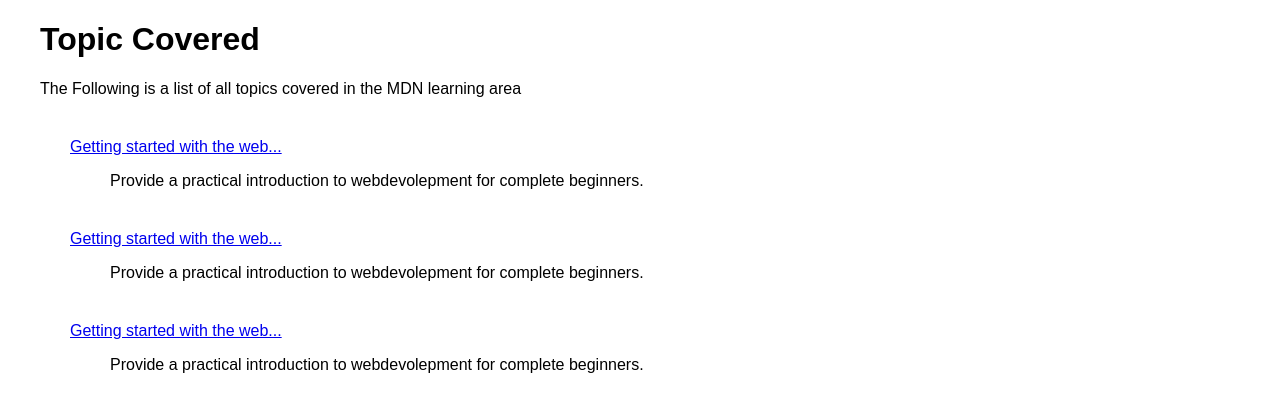
Repository: sriram1224/ReactProjects.github.io
Page: Assignments/Assignment1/index.html
These files come from the project's save history. The page is drawn as it stood at one moment and after the next save; the edit follows.
The browser window is 1280 px wide. The pictures show the whole page.

Above is the page before, as saved 2024-03-01 10:08:44.

### Assignments/Assignment1/index.html
<!DOCTYPE html>
<html>
<head>
  <script src="https://unpkg.com/react@18/umd/react.development.js"></script>
  <script src="https://unpkg.com/react-dom@18/umd/react-dom.development.js"></script>
  <style>
    body{
      margin-left: 40px;
      font-family: Arial, sans-serif;

    }
    #para{
      margin-bottom: 40px;
      list-style: none;
    }
    #div{
      margin-left: 30px;
    }

  </style>
</head>

<body>

  <div id="root"></div>

  <script>

    const TopicHeader = () =>
    React.createElement(
      'div',
      null,
      [
      React.createElement(
        'h1',
        {id: 'title'},
        'Topic Covered'
      ),
      React.createElement(
      'p',
      {id: 'para'},
      'The Following is a list of all topics covered in the MDN learning area'),

      ]);

    const TopicDescription = () => React.createElement(
      'div',
      null,
      [
      React.createElement('div', {id: 'div'},[
      React.createElement('a', {href: 'http://example.com'}, 'Getting started with the web...'),
      React.createElement('ul', {}, [
        React.createElement('li', {id: 'para'}, 'Provide a practical introduction to webdevolepment for complete beginners.'),

      ]),
      React.createElement('a', {href: 'http://example.com'}, 'Getting started with the web...'),
      React.createElement('ul', {}, [
        React.createElement('li', {id: 'para'}, 'Provide a practical introduction to webdevolepment for complete beginners.'),

      ]),
      React.createElement('a', {href: 'http://example.com'}, 'Getting started with the web...'),
      React.createElement('ul', {}, [
        React.createElement('li', {id: 'para'}, 'Provide a practical introduction to webdevolepment for complete beginners.'),

      ]),
      ]),
      React.createElement('p', {}, ''),]);

    const TopicList = () => React.createElement(
      'div',
      null,
      [




      ]
    );

    ReactDOM.render(
      React.createElement(
        'div',
        null,
        [
          React.createElement(TopicHeader),
          React.createElement(TopicDescription),
          React.createElement(TopicList)
        ]
      ),
      document.getElementById('root')
    );

  </script>

</body>
</html>

After the next save:
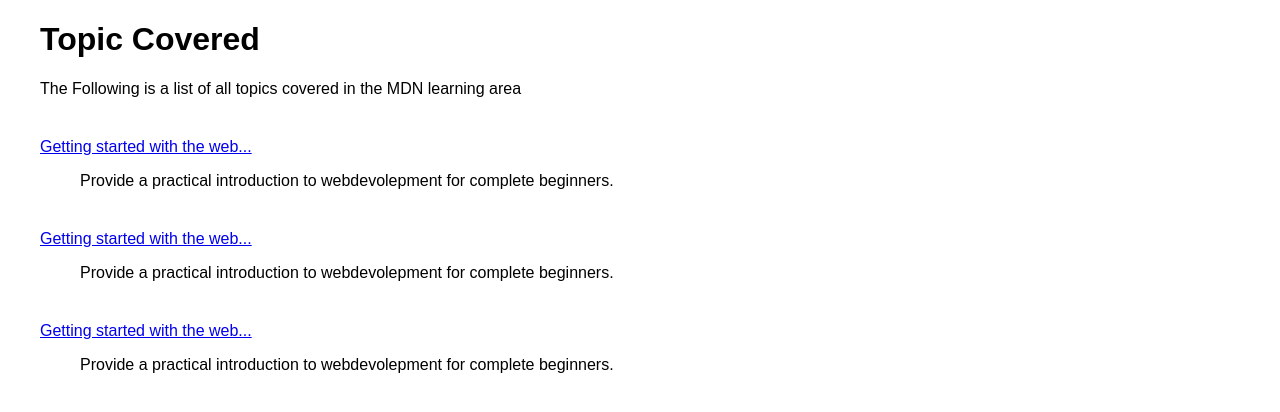
Saved 19 s later.
--- a/Assignments/Assignment1/index.html
+++ b/Assignments/Assignment1/index.html
@@ -13,9 +13,7 @@
       margin-bottom: 40px;
       list-style: none;
     }
-    #div{
-      margin-left: 30px;
-    }
+
 
   </style>
 </head>
